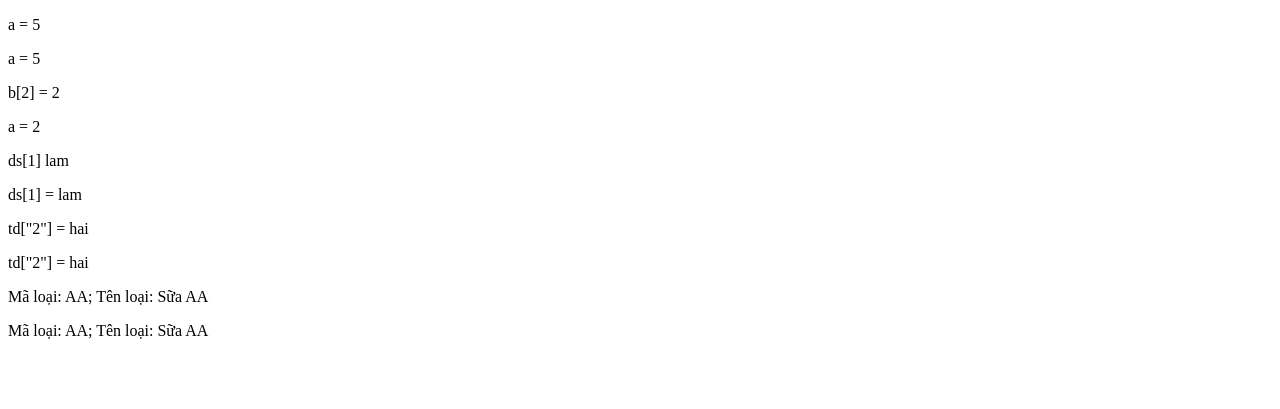
Repository: hoa-nguyen-bk/Module_3
Page: http://localhost/Bai3_JSP/vd4_el_identifier.jsp
An editor plug-in stored every save of this project. The page is shown before and after the next save, followed by the edit.
The browser window is 1280 px wide. The pictures show the whole page.
The page is served by Tomcat 9.

Above is the page before, as saved 2024-08-03 13:45:41.

After the next save:
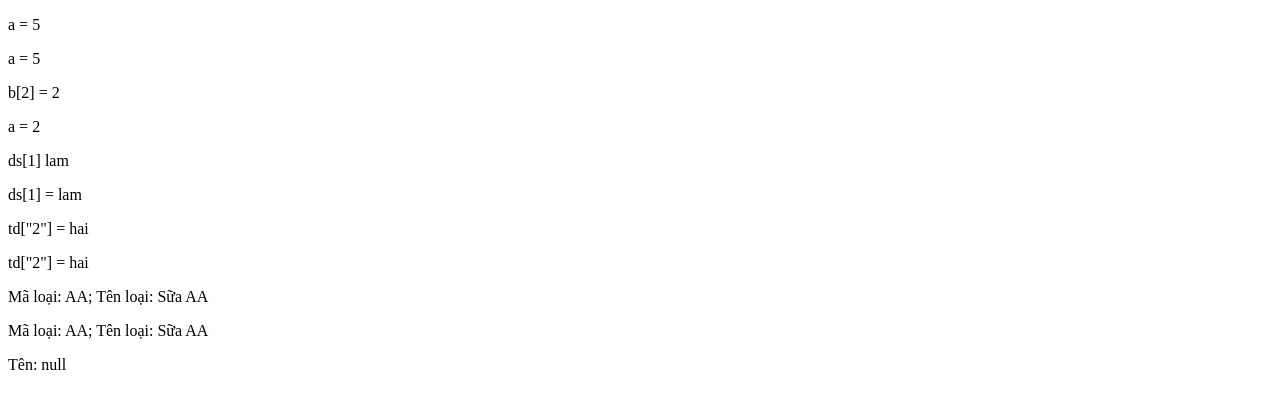
Saved 85 s later.
--- a/Bai3_JSP/src/main/webapp/vd4_el_identifier.jsp
+++ b/Bai3_JSP/src/main/webapp/vd4_el_identifier.jsp
@@ -56,5 +56,7 @@ ds[1] <%=ds.get(1) %>
 <p>Mã loại: <%=ls.getMaLoai() %>; Tên loại: <%=ls.getTenLoai() %></p>
 <p>Mã loại: ${ls.maLoai }; Tên loại: ${ls.tenLoai }</p>
 
+<p>Tên: <%=request.getParameter("ten") %></p>
+
 </body>
 </html>
